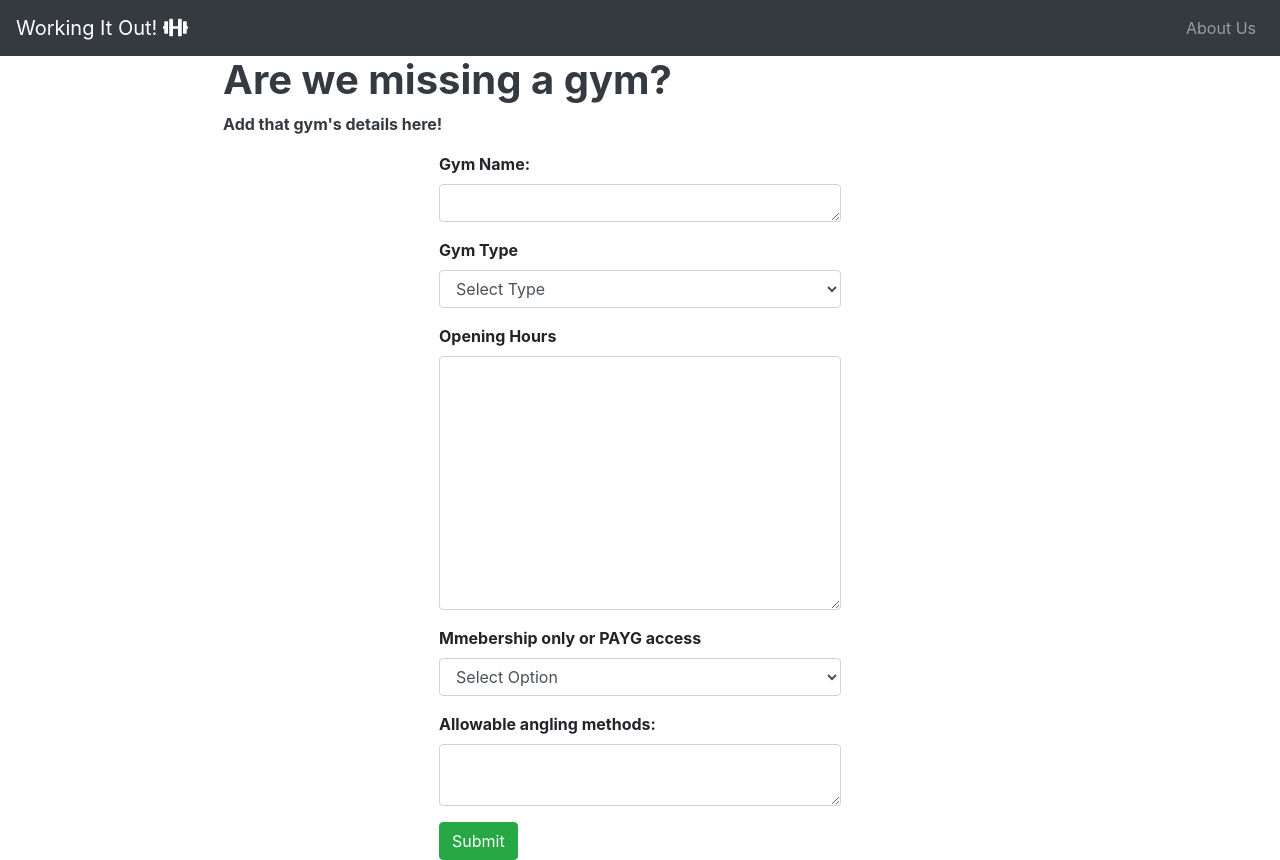
Repository: cgaynor91/Working_It_Out
Page: http://localhost/add_new_gym
The author's editor kept a record of every edit. The page is drawn from the files as they stood at one moment, then again after the next edit.
The browser window is 1280 px wide. The pictures show the whole page.
Some web libraries are served in a nearby version. The page is served by the project's application, run on Flask 3 (app.py).

Above is the page before.

### templates/add_gym.html
{% extends 'base.html' %}
{% block content %}

<div class="container-fluid">
    <div class="row justify-content-center">
        <div class="col-10 text-dark welcome-text">
            <h1><strong>Are we missing a gym?</strong></h1>
            <p><strong>Add that gym's details here!</strong></p>
        </div>
    </div>
    <!-- Form adapted from Bootstrap -->
    <div class="row row-form justify-content-center">
        <div class="col-12 col-md-5">
            <!-- Form fields -->
            <form action="{{url_for('insert_gym')}}" method="POST" class="form_font">
                <div class="form-group font-weight-bolder">
                    <label for="gym_name">Gym Name: </label>
                    <textarea class="form-control" id="gym_name" name="gym_name" rows="1" required></textarea>
                </div>
                <div class="form-group font-weight-bolder">
                    <label for="status">Gym Type</label>
                    <select class="form-control" id="status" name="status">
                        <option value="" disabled selected>Select Type</option>
                        <option>Personal Training</option>
                        <option>Weightlifting</option>
                        <option>Fitness Classes</option>
                        <option>All of the above</option>
                    </select>
                </div>
                <div class="form-group font-weight-bolder">
                    <label for="opening">Opening Hours</label>
                    <textarea class="form-control" id="opening" name="opening" rows="10" required></textarea>
                </div>
                <div class="form-group font-weight-bolder">
                    <label for="access">Mmebership only or PAYG access</label>
                    <select class="form-control" id="access" name="access">
                        <option value="" disabled selected>Select Option</option>
                        <option>Members Only</option>
                        <option>PAYG</option>
                    </select>
                </div>
                <div class="form-group font-weight-bolder">
                    <label for="angling_methods">Allowable angling methods: </label>
                    <textarea class="form-control" id="angling_methods" name="angling_methods" rows="2"
                        required></textarea>
                </div>
                <!-- Send button -->
                <button type="submit" class="btn btn-success">Submit</button>
            </form>
        </div>
    </div>
</div>

{% endblock %}

### templates/base.html
<!DOCTYPE html>
<html>

<head>
    <link rel="stylesheet" href="https://stackpath.bootstrapcdn.com/bootstrap/4.4.1/css/bootstrap.min.css">
    <link rel="stylesheet" href="https://cdnjs.cloudflare.com/ajax/libs/font-awesome/5.12.0/css/all.min.css" />
</head>

<body>
    <header>
        <!-- Navbar taken from Bootstrap -->
        <nav class="navbar navbar-expand-md navbar-dark bg-dark home-logo-text">
            <a class="navbar-brand" href="{{url_for('get_gyms')}}">Working It Out! <i
                    class="fas fa-dumbbell"></i></a>
            <button class="navbar-toggler" type="button" data-toggle="collapse" data-target="#navbarNavAltMarkup" aria-controls="navbarNavAltMarkup" aria-expanded="false" aria-label="Toggle navigation">
                <span class="navbar-toggler-icon"></span>
            </button>
            <div class="collapse navbar-collapse" id="navbarNavAltMarkup">
                <div class="navbar-nav ml-auto">
                    <a class="nav-item nav-link" href="{{url_for('about')}}">About Us</a>

                </div>
            </div>
        </nav>
    </header>
        <!-- Container for background image -->
    <div class="container-fluid bg">
    </div>
    <!-- Container for injected templates -->
    <div class="container-fluid">
        <div class="row justify-content-center">
            <div class="col-12 col-md-10 template-col">

    {% block content %} {% endblock %}



    <script src="https://code.jquery.com/jquery-3.4.1.slim.min.js"></script>
    <script src="https://cdn.jsdelivr.net/npm/popper.js@1.16.0/dist/umd/popper.min.js"></script>
    <script src="https://stackpath.bootstrapcdn.com/bootstrap/4.4.1/js/bootstrap.min.js"></script>
</body>

</html>

### app.py
import os
from flask import Flask, render_template, redirect, request, url_for
from flask_pymongo import PyMongo
from bson.objectid import ObjectId

app = Flask(__name__)
app.config["MONGO_DBNAME"] = 'working_it_out'
app.config["MONGO_URI"] = os.getenv('MONGO_URI', 'mongodb+srv://root:adminpass@myfirstcluster-ikccs.mongodb.net/working_it_out?retryWrites=true&w=majority')

mongo = PyMongo(app)


@app.route('/')
@app.route('/get_gyms')
def get_gyms():
    return render_template("home.html", gyms=mongo.db.gyms.find())

@app.route("/about")
def about():
    return render_template("about.html")

# ADD_RIVER page:

@app.route("/add_new_gym")
def add_new_gym():
    return render_template("add_gym.html")

# Sends the data that the user inserts to the database

@app.route("/insert_gym", methods=['POST'])
def insert_gym():
    river = mongo.db.gyms
    river.insert_one(request.form.to_dict())
    return redirect(url_for('get_gym_names'))


# Allows user to update information about a gym

@app.route("/edit_gym/<gym_id>")
def edit_gym(gym_id):
    the_gym = mongo.db.gyms.find_one({"_id": ObjectId(gym_id)})
    return render_template("update_gym.html", gym=the_gym)



if __name__ == '__main__':
    app.run(host=os.environ.get('IP'),
            port=int(os.environ.get('PORT')),
            debug=True)

After the next edit:
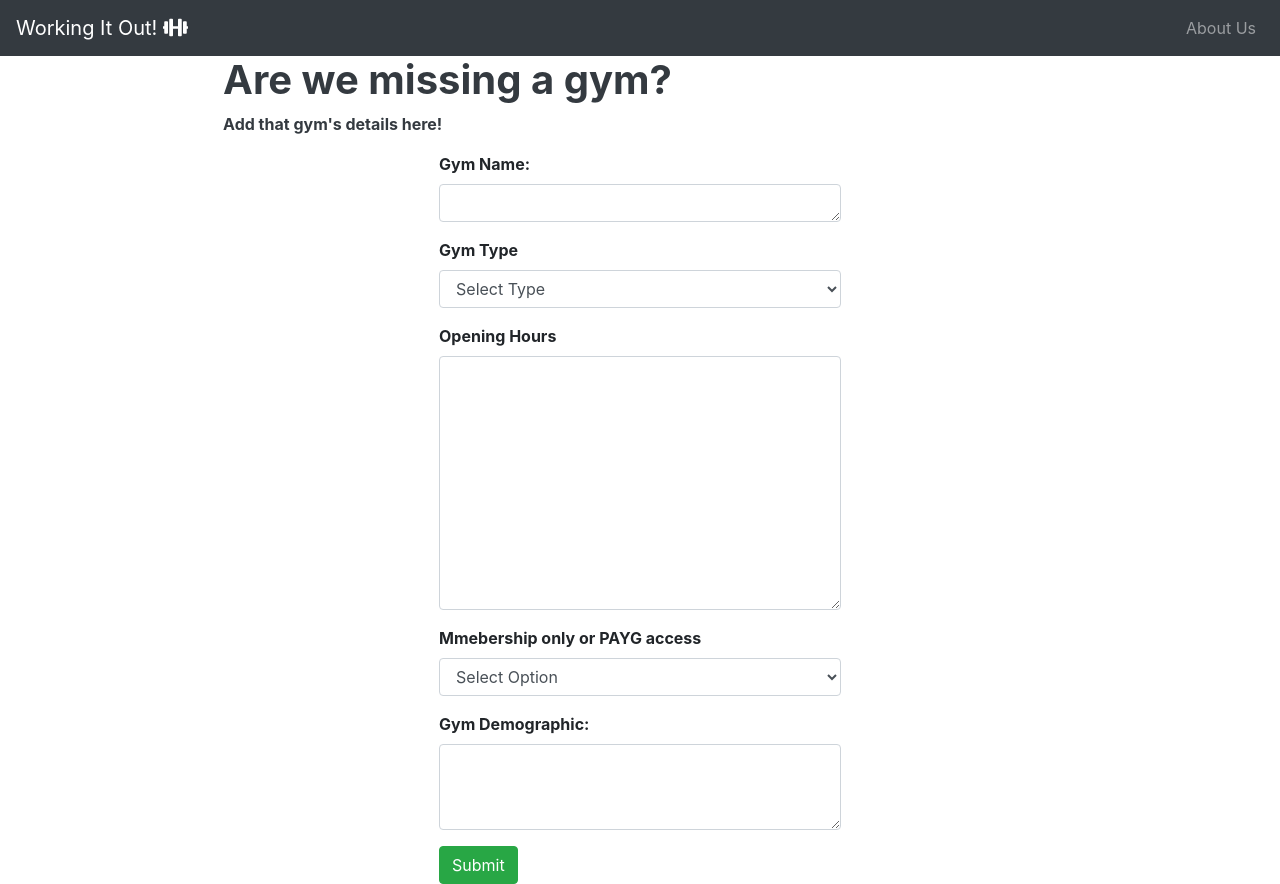
The edit:
--- a/templates/add_gym.html
+++ b/templates/add_gym.html
@@ -40,8 +40,8 @@
                     </select>
                 </div>
                 <div class="form-group font-weight-bolder">
-                    <label for="angling_methods">Allowable angling methods: </label>
-                    <textarea class="form-control" id="angling_methods" name="angling_methods" rows="2"
+                    <label for="demographic">Gym Demographic: </label>
+                    <textarea class="form-control" id="demographic" name="demographic" rows="3"
                         required></textarea>
                 </div>
                 <!-- Send button -->
